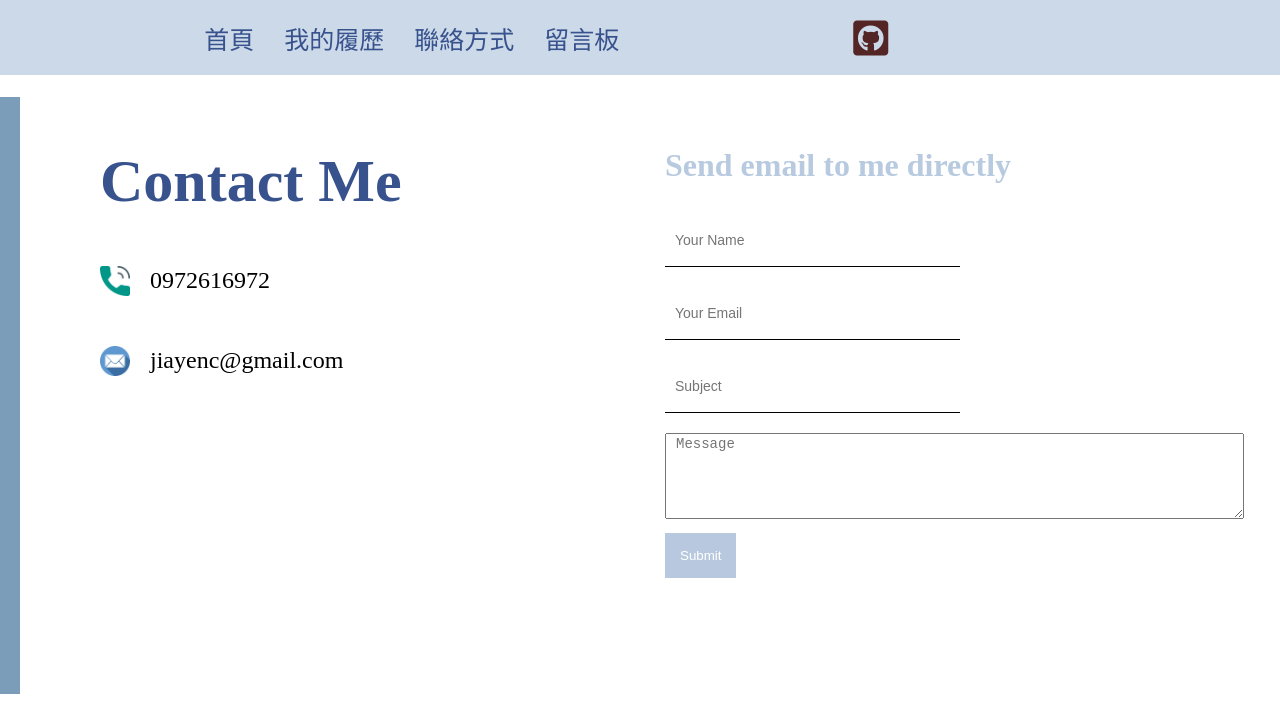
Repository: lcjyc/portfolio-website
Page: /contact
The author's editor kept a copy of each file at every save. The page is drawn from the files as they stood at one save, then again after the next save.
The browser window is 1280 px wide. The pictures show the whole page.
The project was rebuilt for these pictures with package versions that can differ from the ones it lists, and the page was loaded fresh each time. Also part of the build but not shown: src/pages/home/home.css, src/pages/home/Home.jsx, src/pages/resume/resume.css, src/pages/resume/Resume.jsx.

Above is the page before, as saved 2022-08-20 09:48:06.

After the next save:
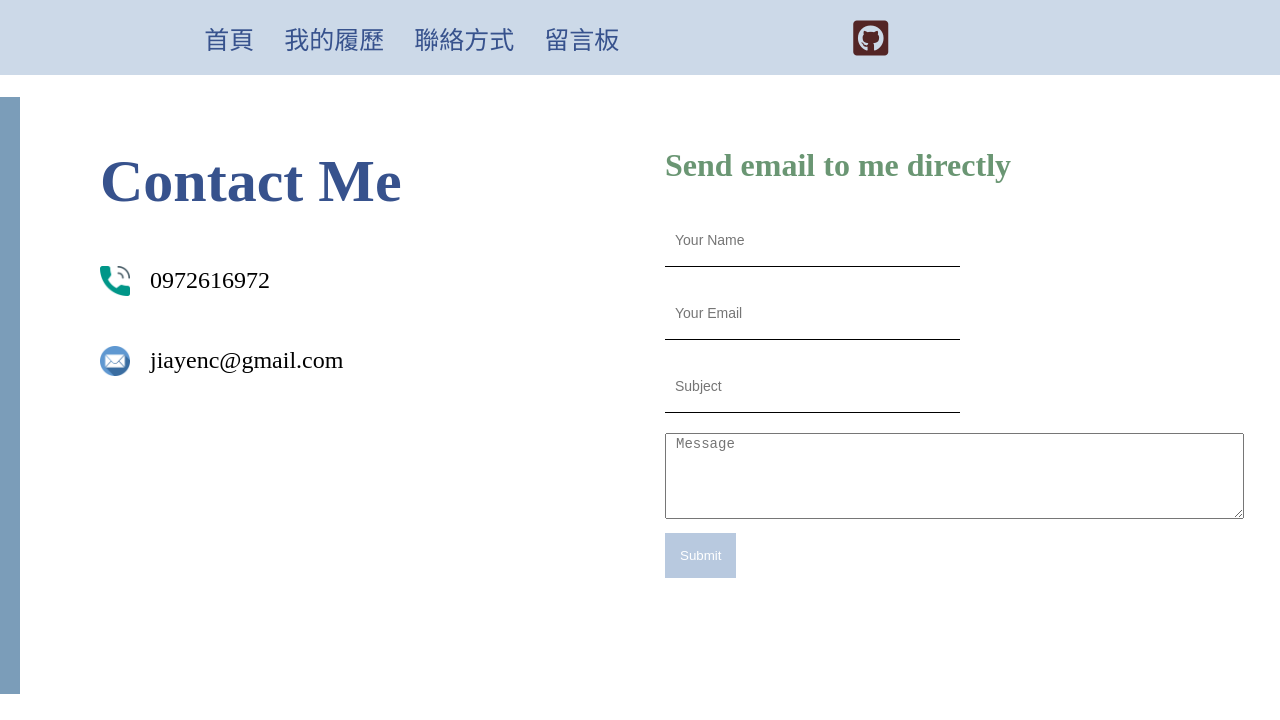
Saved 26 s later.
--- a/src/pages/contact/contact.css
+++ b/src/pages/contact/contact.css
@@ -51,7 +51,7 @@
 .c-desc {
   font-weight: 200;
   font-size: 2rem;
-  color: rgb(154, 179, 210, 0.7);
+  color: rgba(43, 106, 56, 0.7);
 }
 
 form {
